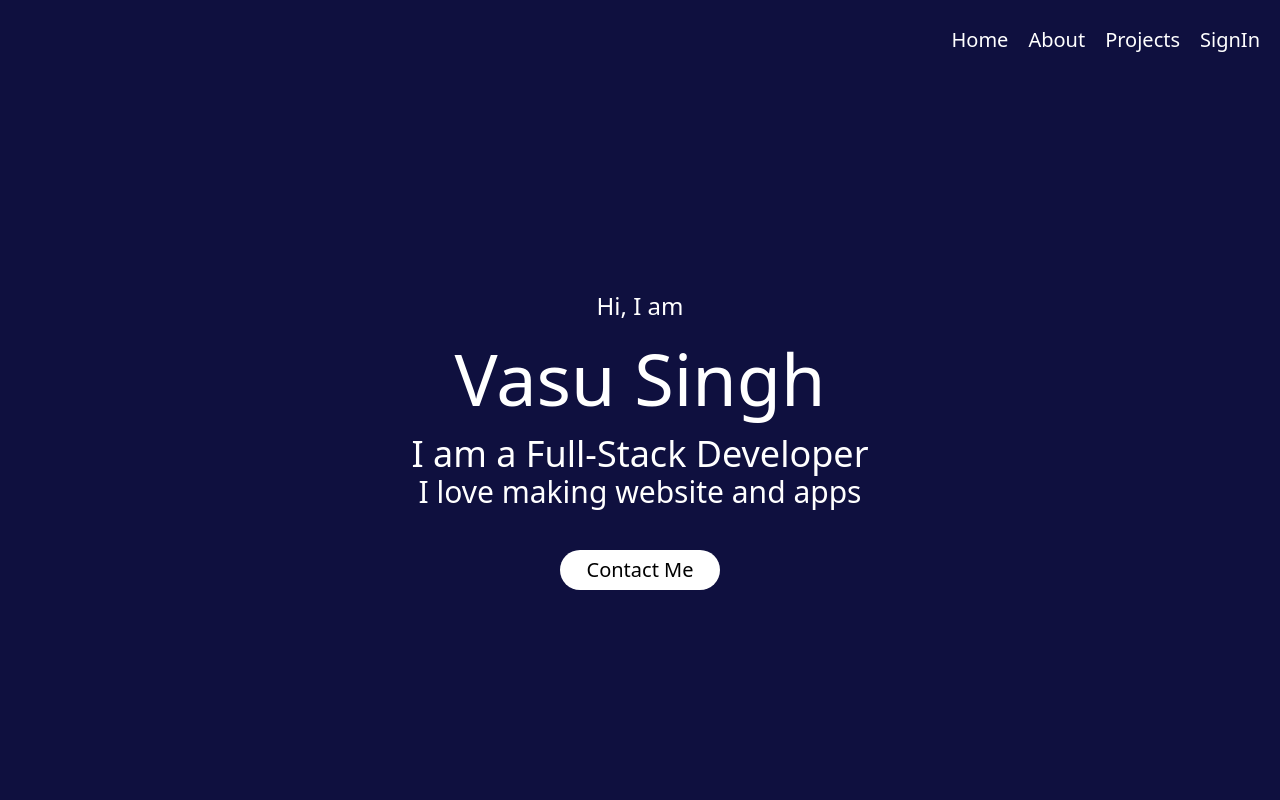
Repository: vasucp1207/vasuDev
Page: /
These files come from the project's save history. The page is drawn as it stood at one moment and after a run of saves; the edit follows.
The browser window is 1280 px wide. The pictures show the whole page.
The project was rebuilt for these pictures with package versions that can differ from the ones it lists, and the page was loaded fresh each time. The framework's server and built-in components were replaced by stand-ins that run in the browser. Also part of the build but not shown: next.config.js.

Above is the page before, as saved 2022-07-17 23:13:02.

### pages/index.tsx
import type { NextPage } from 'next'
import Head from 'next/head'
import Hero from './Hero'
import Navbar from './Navbar'

const Home: NextPage = () => {
  return (
    <div className="p-0 m-0 bg-darkB text-white">
      <Head>
        <title>Create Next App</title>
      </Head>

      <Navbar />
      <Hero />
    </div>
  )
}

export default Home

### pages/Hero.tsx
import React from 'react'

function Hero() {
  return (
    <div className='h-screen bg-darkB'>
        <div className='text-white flex flex-col justify-center items-center h-screen'>
            <p className='text-2xl'>Hi, I am</p>
            <h1 className='mt-5 text-7xl'>Vasu Singh</h1>
            <h3 className='mt-5 text-4xl'>I am a Full-Stack Developer</h3>
            <h4 className='text-3xl'>I love making website and apps</h4>
            <button className='hover:text-white transition-all 200 hover:bg-green-400 mt-10 bg-white text-black h-10 w-40 outline-none rounded-full text-xl'>Contact Me</button>
        </div>
    </div>
  )
}

export default Hero

### pages/Navbar.tsx
import React from 'react'

function Navbar() {
  return (
    <div className='h-20 bg-transparent flex justify-end items-center'>
        <div className='flex space-x-5 text-xl font-normal mr-5'>
            <p>Home</p>
            <p>About</p>
            <p>Projects</p>
            <p>SignIn</p>
        </div>
    </div>
  )
}

export default Navbar

### tailwind.config.js
/** @type {import('tailwindcss').Config} */
module.exports = {
  content: [
    './pages/**/*.{js,ts,jsx,tsx}',
    './components/**/*.{js,ts,jsx,tsx}',
  ],
  theme: {
    extend: {
      colors: {
        darkB: 'rgba(15, 16, 63, 1)'
      }
    },
  },
  plugins: [],
}

Loaded but not shown: pages/_app.tsx (common file); styles/globals.css (common file)

After the next 3 saves:
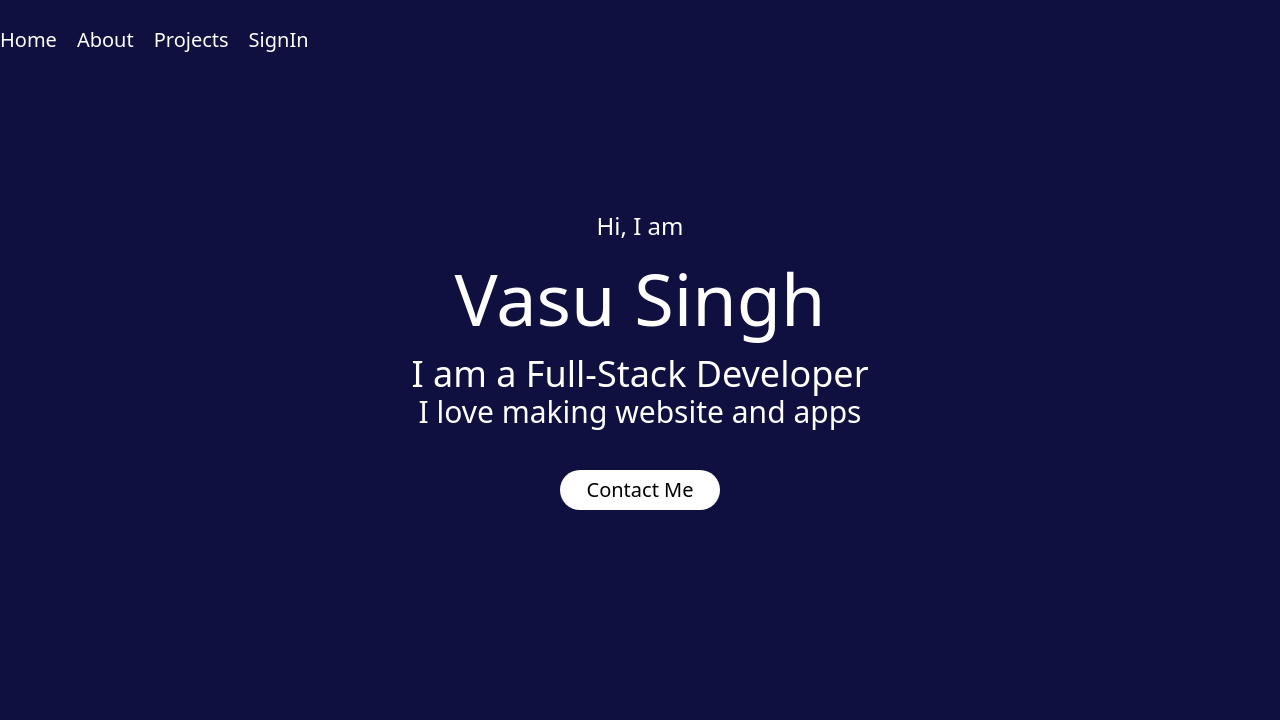
The 3 saves are shown as one change because they came seconds apart.
The last was saved 9 s later.
--- a/pages/Navbar.tsx
+++ b/pages/Navbar.tsx
@@ -2,7 +2,7 @@
 
 function Navbar() {
   return (
-    <div className='h-20 bg-transparent flex justify-end items-center'>
+    <div className='h-20 absolute bg-transparent flex justify-end items-center'>
         <div className='flex space-x-5 text-xl font-normal mr-5'>
             <p>Home</p>
             <p>About</p>

After the save that followed:
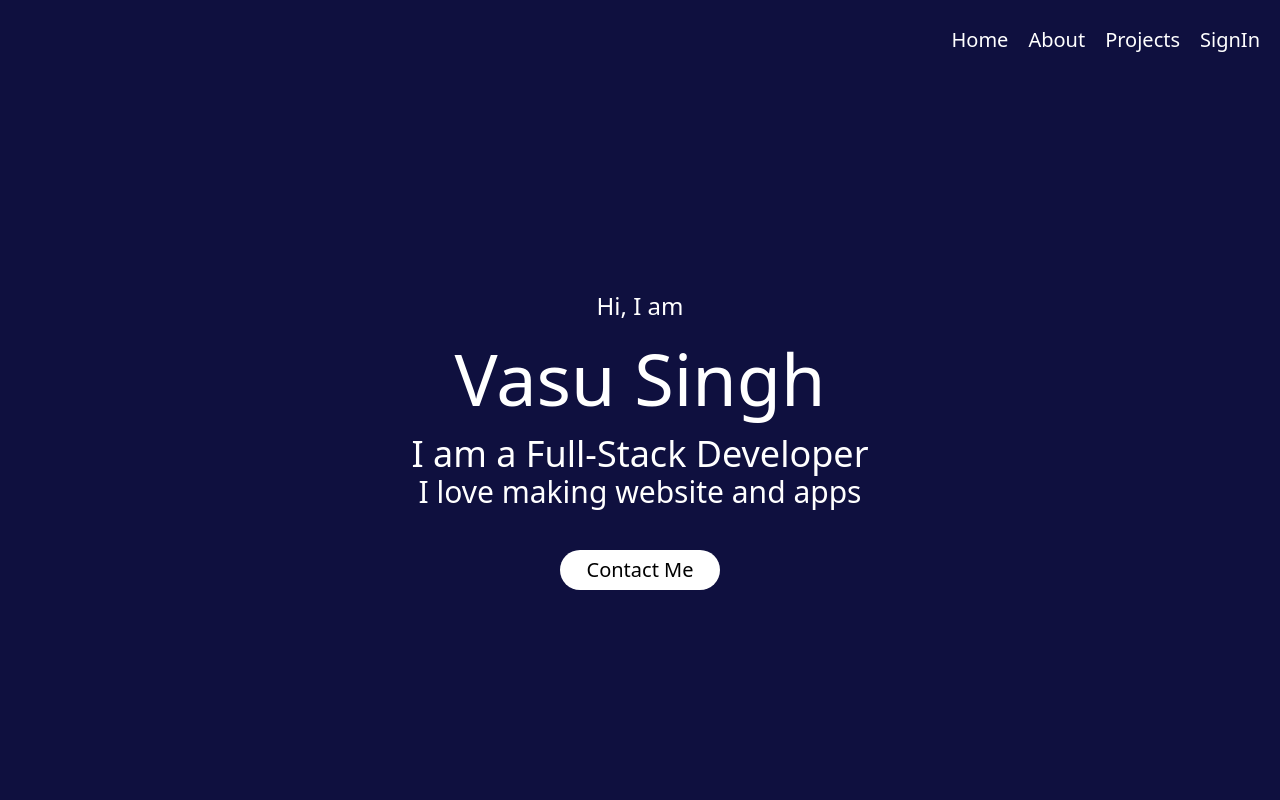
Saved 13 s later.
--- a/pages/Navbar.tsx
+++ b/pages/Navbar.tsx
@@ -2,7 +2,7 @@
 
 function Navbar() {
   return (
-    <div className='h-20 absolute bg-transparent flex justify-end items-center'>
+    <div className='h-20  bg-transparent flex justify-end items-center'>
         <div className='flex space-x-5 text-xl font-normal mr-5'>
             <p>Home</p>
             <p>About</p>
